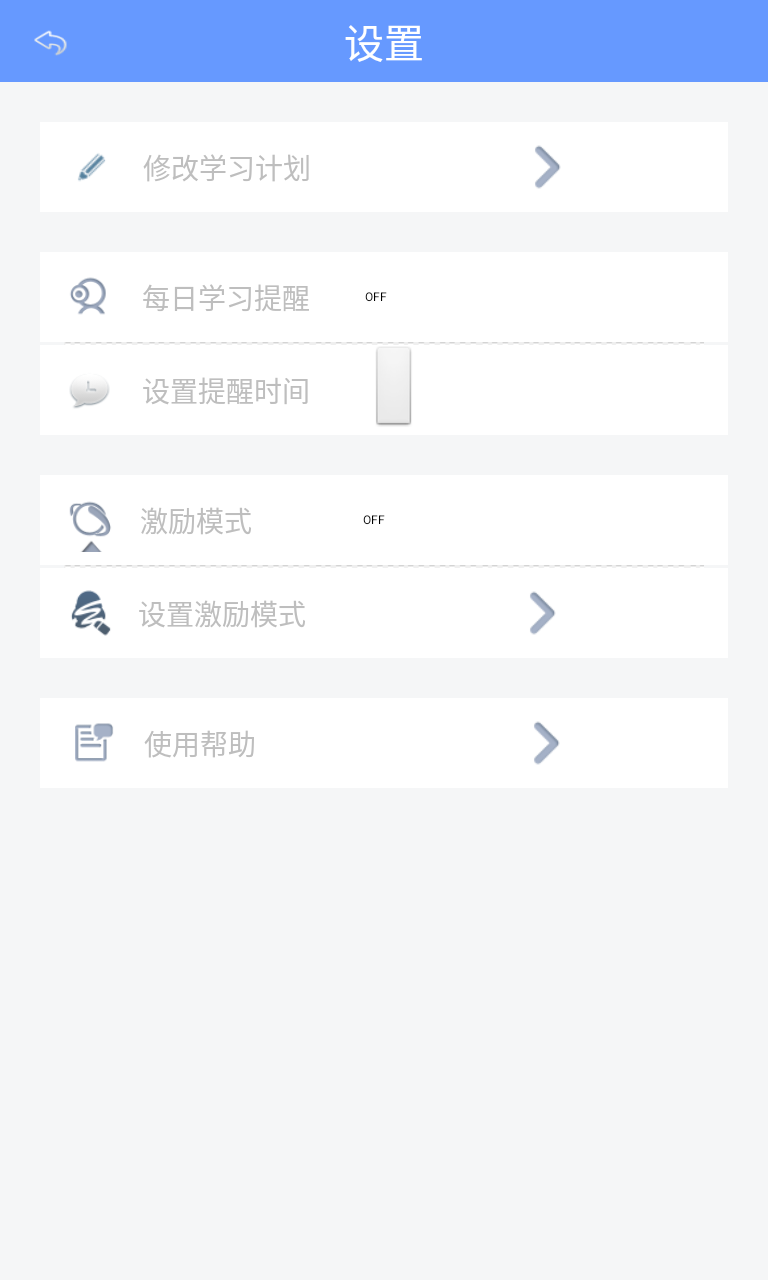
Repository: dyslove123/OMG
Layout: OMG_WORD/res/layout/setting.xml
An editor plug-in stored every save of this project. The layout is shown before and after the next save, followed by the edit.
It is drawn on a 768 x 1280 px phone screen (xhdpi) without system bars, with theme android:Theme.NoTitleBar; the app's code is not run.

Above is the layout before, as saved 2013-11-06 12:50:04.

### OMG_WORD/res/layout/setting.xml
<?xml version="1.0" encoding="utf-8"?>
<LinearLayout xmlns:android="http://schemas.android.com/apk/res/android"
    android:layout_width="match_parent"
    android:layout_height="match_parent"
    android:background="#f5f6f7"
    android:orientation="vertical" >

    <RelativeLayout
        android:id="@+id/top_interface"
        android:layout_width="match_parent"
        android:layout_height="41dp"
        android:background="#6699ff"
        android:gravity="center_vertical"
        android:orientation="horizontal" >

        <Button
            android:id="@+id/setting_back"
            style="?android:attr/buttonStyleSmall"
            android:layout_width="wrap_content"
            android:layout_height="wrap_content"
            android:layout_marginBottom="10dp"
            android:layout_marginLeft="8dp"
            android:layout_marginTop="12dp"
            android:background="@drawable/back" />

        <TextView
            android:id="@+id/word_study_title"
            android:layout_width="wrap_content"
            android:layout_height="wrap_content"
            android:layout_centerInParent="true"
            android:text="设置"
            android:textColor="#ffffff"
            android:textSize="20sp" />
    </RelativeLayout>

    <LinearLayout
        android:id="@+id/study_plan_setting"
        android:layout_width="fill_parent"
        android:layout_height="45dp"
        android:layout_marginLeft="20dp"
        android:layout_marginRight="20dp"
        android:layout_marginTop="20dp"
        android:background="#ffffff"
        android:gravity="center_vertical" >

        <ImageView
            android:layout_width="wrap_content"
            android:layout_height="wrap_content"
            android:layout_marginLeft="15dp"
            android:src="@drawable/modify_plan" >
        </ImageView>

        <TextView
            android:layout_width="wrap_content"
            android:layout_height="wrap_content"
            android:layout_marginLeft="15dp"
            android:text="修改学习计划" />

        <ImageView
            android:layout_width="wrap_content"
            android:layout_height="wrap_content"
            android:layout_marginLeft="90dp"
            android:src="@drawable/into" />
    </LinearLayout>

    <LinearLayout
        android:id="@+id/study_alert"
        android:layout_width="fill_parent"
        android:layout_height="45dp"
        android:layout_marginLeft="20dp"
        android:layout_marginRight="20dp"
        android:layout_marginTop="20dp"
        android:background="#ffffff"
        android:gravity="center_vertical"
        android:orientation="horizontal" >

        <ImageView
            android:id="@+id/alert_img"
            android:layout_width="45dp"
            android:layout_height="45dp"
            android:layout_marginLeft="3dp"
            android:src="@drawable/alert" />

        <TextView
            android:id="@+id/alert_name"
            android:layout_width="wrap_content"
            android:layout_height="wrap_content"
            android:layout_marginLeft="3dp"
            android:text="每日学习提醒" />

        <Switch
            android:id="@+id/switch1"
            android:layout_width="wrap_content"
            android:layout_height="wrap_content"
            android:layout_marginLeft="22dp" />
    </LinearLayout>

    <ImageView
        android:layout_width="fill_parent"
        android:layout_height="wrap_content"
        android:layout_marginLeft="20dp"
        android:layout_marginRight="20dp"
        android:src="@drawable/boundary" />

    <LinearLayout
        android:id="@+id/alert_time"
        android:layout_width="fill_parent"
        android:layout_height="45dp"
        android:layout_marginLeft="20dp"
        android:layout_marginRight="20dp"
        android:background="#ffffff"
        android:gravity="center_vertical"
        android:orientation="horizontal" >

        <ImageView
            android:id="@+id/alert_img"
            android:layout_width="25dp"
            android:layout_height="25dp"
            android:layout_marginLeft="12dp"
            android:src="@drawable/clock" />

        <TextView
            android:id="@+id/alert_name"
            android:layout_width="wrap_content"
            android:layout_height="wrap_content"
            android:layout_marginLeft="14dp"
            android:text="设置提醒时间" />

        <Button
            android:id="@+id/alert_time_button"
            android:layout_width="wrap_content"
            android:layout_height="wrap_content"
            android:layout_marginLeft="30dp" >
        </Button>
    </LinearLayout>

    <LinearLayout
        android:id="@+id/encourage_method"
        android:layout_width="fill_parent"
        android:layout_height="45dp"
        android:layout_marginLeft="20dp"
        android:layout_marginRight="20dp"
        android:layout_marginTop="20dp"
        android:background="#ffffff"
        android:gravity="center_vertical"
        android:orientation="horizontal" >

        <ImageView
            android:id="@+id/encourage_image"
            android:layout_width="45dp"
            android:layout_height="45dp"
            android:layout_marginLeft="3dp"
            android:src="@drawable/encourage" />

        <TextView
            android:layout_width="wrap_content"
            android:layout_height="wrap_content"
            android:layout_marginLeft="2dp"
            android:text="激励模式" />

        <Switch
            android:id="@+id/switch2"
            android:layout_width="wrap_content"
            android:layout_height="wrap_content"
            android:layout_marginLeft="50dp" />
    </LinearLayout>

    <ImageView
        android:layout_width="fill_parent"
        android:layout_height="wrap_content"
        android:layout_marginLeft="20dp"
        android:layout_marginRight="20dp"
        android:src="@drawable/boundary" />

    <LinearLayout
        android:id="@+id/set_ecourage_mode"
        android:layout_width="fill_parent"
        android:layout_height="45dp"
        android:layout_marginLeft="20dp"
        android:layout_marginRight="20dp"
        android:background="#ffffff"
        android:gravity="center_vertical"
        android:orientation="horizontal" >

        <ImageView
            android:id="@+id/encourage_image"
            android:layout_width="25dp"
            android:layout_height="25dp"
            android:layout_marginLeft="13dp"
            android:src="@drawable/set_encourage" />

        <TextView
            android:layout_width="wrap_content"
            android:layout_height="wrap_content"
            android:layout_marginLeft="11dp"
            android:text="设置激励模式" />

        <ImageView
            android:layout_width="wrap_content"
            android:layout_height="wrap_content"
            android:layout_marginLeft="90dp"
            android:src="@drawable/into" />
    </LinearLayout>

    <LinearLayout
        android:id="@+id/using_help"
        android:layout_width="match_parent"
        android:layout_height="45dp"
        android:layout_marginLeft="20dp"
        android:layout_marginRight="20dp"
        android:layout_marginTop="20dp"
        android:background="#ffffff"
        android:gravity="center_vertical"
        android:orientation="horizontal" >

        <ImageView
            android:id="@+id/help"
            android:layout_width="45dp"
            android:layout_height="45dp"
            android:layout_marginLeft="4dp"
            android:src="@drawable/help" />

        <TextView
            android:layout_width="wrap_content"
            android:layout_height="wrap_content"
            android:layout_marginLeft="3dp"
            android:text="使用帮助" />

        <ImageView
            android:layout_width="wrap_content"
            android:layout_height="wrap_content"
            android:layout_marginLeft="117dp"
            android:src="@drawable/into" />
    </LinearLayout>

</LinearLayout>

After the next save:
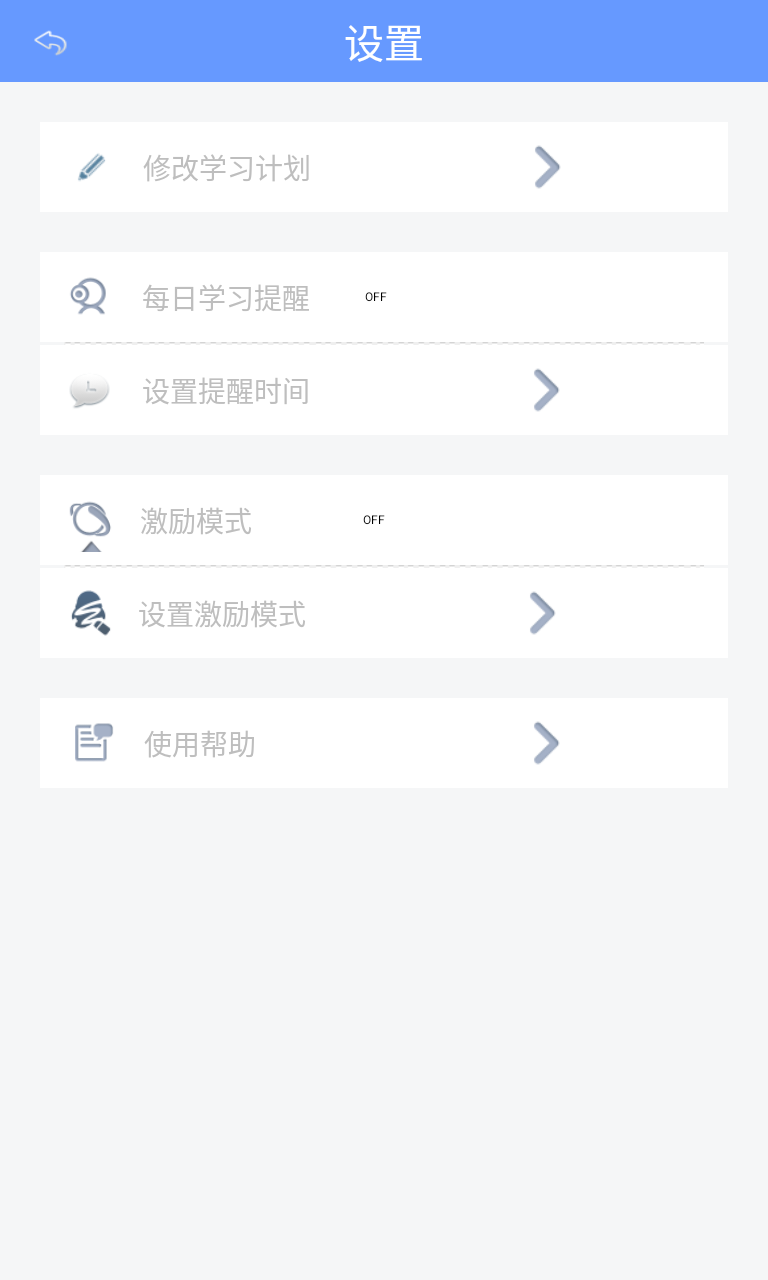
Saved 8 min 41 s later.
--- a/OMG_WORD/res/layout/setting.xml
+++ b/OMG_WORD/res/layout/setting.xml
@@ -89,7 +89,7 @@
             android:text="每日学习提醒" />
 
         <Switch
-            android:id="@+id/switch1"
+            android:id="@+id/alert_switch"
             android:layout_width="wrap_content"
             android:layout_height="wrap_content"
             android:layout_marginLeft="22dp" />
@@ -126,12 +126,11 @@
             android:layout_marginLeft="14dp"
             android:text="设置提醒时间" />
 
-        <Button
-            android:id="@+id/alert_time_button"
-            android:layout_width="wrap_content"
-            android:layout_height="wrap_content"
-            android:layout_marginLeft="30dp" >
-        </Button>
+        <ImageView
+            android:layout_width="wrap_content"
+            android:layout_height="wrap_content"
+            android:layout_marginLeft="90dp"
+            android:src="@drawable/into" />
     </LinearLayout>
 
     <LinearLayout
